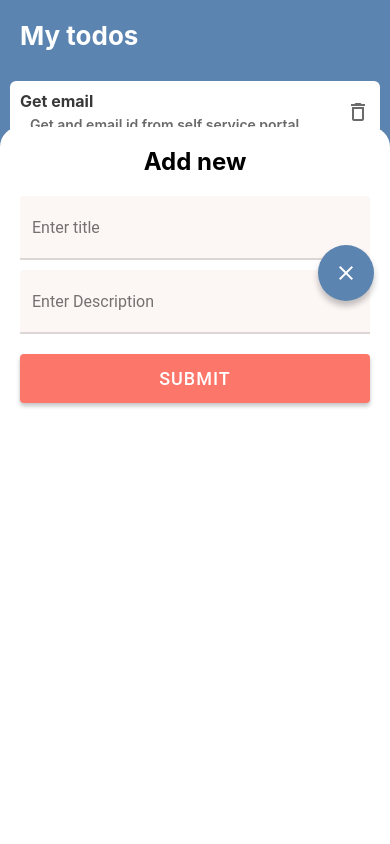
Repository: sadarsh216/Todo-App
Page: /, after clicking the first element matching `button.css-view-175oi2r`
The author's editor kept a copy of each file at every save. The page is drawn from the files as they stood at one save, then again after the next save.
The browser window is 390 px wide. The pictures show the whole page.
The app was drawn by React Native's web renderer in a window 390 px wide. The project was rebuilt for these pictures with package versions that can differ from the ones it lists, and the page was loaded fresh each time.

Above is the page before, as saved 2021-10-09 14:56:58.

### App.tsx
import { StatusBar } from "expo-status-bar";
import React, { useRef } from "react";
import {
  SafeAreaView,
  ScrollView,
  StyleSheet,
  Text,
  TouchableWithoutFeedback,
  View,
  Animated,
  Easing,
} from "react-native";
import Todos from "./Pages/Todos";
import { FAB } from "react-native-paper";
import Modal from "./components/Modal";
import * as Animatable from "react-native-animatable";
import { COLORS } from "./theme/Colors";

export default function App() {
  const [showAdd, setAdd] = React.useState(false);

  return (
    <>
      <SafeAreaView>
        <View style={styles.container}>
          <ScrollView>
            <Text style={styles.heading}>My todos</Text>
            <Todos />
          </ScrollView>
          {showAdd && (
            <Animatable.View style={styles.modal} animation="fadeInUpBig">
              <TouchableWithoutFeedback onPress={() => alert("")}>
                <Modal />
              </TouchableWithoutFeedback>
            </Animatable.View>
          )}
        </View>
        <FAB
          style={{
            ...styles.fab,
            backgroundColor: showAdd ? COLORS.primary : COLORS.accent,
          }}
          icon={showAdd ? "close" : "plus"}
          onPress={() => setAdd(!showAdd)}
        />
      </SafeAreaView>
    </>
  );
}

const styles = StyleSheet.create({
  container: {
    height: "100%",
    backgroundColor: COLORS.primary,
  },
  heading: {
    color: "white",
    fontSize: 26,
    fontWeight: "bold",
    margin: 20,
  },
  fab: {
    color: "#fff",
    position: "absolute",
    margin: 16,
    right: 0,
    bottom: 0,
  },
  modal: {
    position: "absolute",
    bottom: 0,
    height: "60%",
    width: "100%",
    display: "flex",
    backgroundColor: "white",
    borderTopRightRadius: 20,
    borderTopLeftRadius: 20,
    elevation: 4,
    padding: 10,
  },
});

### Pages/Todos.tsx
import React from "react";
import { View, Text, StyleSheet, TouchableOpacity } from "react-native";
import { MaterialCommunityIcons } from "@expo/vector-icons";

export default function Todos() {
  const [todos, setTodos] = React.useState([
    {
      title: "Get email",
      description: "Get and email id from self service portal",
      id: 0,
    },
    { title: "Test 1", description: "this is a test data for test 1", id: 1 },
    { title: "Test 2", description: "this is a test data for test 2 ", id: 2 },
  ]);
  const deleteTodo = () => {
    alert("deleted");
  };
  return (
    <>
      {todos.map((item, key) => (
        <View key={item.id} style={styles.card}>
          <View style={styles.details}>
            <Text style={styles.title}>{item.title}</Text>
            <Text style={styles.desc}>{item.description}</Text>
          </View>
          <View style={styles.deleteSection}>
            <TouchableOpacity onPress={deleteTodo}>
              <MaterialCommunityIcons
                name="delete-outline"
                size={24}
                color="#6a6a6a"
              />
            </TouchableOpacity>
          </View>
        </View>
      ))}
    </>
  );
}

const styles = StyleSheet.create({
  card: {
    display: "flex",
    flexDirection: "row",
    backgroundColor: "#fff",
    margin: 10,
    borderRadius: 6,
    elevation: 4,
    padding: 10,
  },
  title: {
    fontSize: 16,
    marginBottom: 5,
    fontWeight: "bold",
    color: "#383838",
  },
  desc: {
    paddingHorizontal: 10,
    fontWeight: "600",
    color: "#6a6a6a",
  },
  details: {
    flex: 2,
  },
  deleteSection: {
    justifyContent: "center",
  },
});

### components/Modal.tsx
import { Formik } from "formik";
import React from "react";
import { View, Text, StyleSheet, TouchableWithoutFeedback } from "react-native";
import { Button, TextInput } from "react-native-paper";
import { COLORS } from "../theme/Colors";

export default function Modal() {
  return (
    <View>
      <Text style={styles.heading}>Add new</Text>
      <Formik
        initialValues={{ title: "", description: "", id: "" }}
        onSubmit={(values) => {
          // submit function
        }}
      >
        {(props) => (
          <View style={styles.formContainer}>
            <TextInput
              style={styles.input}
              placeholder="Enter title"
              onChangeText={props.handleChange("title")}
              value={props.values.title}
            />
            <TextInput
              style={styles.input}
              outlineColor={COLORS.primary}
              placeholder="Enter Description"
              onChangeText={props.handleChange("title")}
              value={props.values.title}
            />
            <Button style={styles.submitBtn} color="white">
              <Text style={{ fontSize: 18 }}>Submit</Text>
            </Button>
          </View>
        )}
      </Formik>
    </View>
  );
}

const styles = StyleSheet.create({
  heading: {
    textAlign: "center",
    fontWeight: "bold",
    fontSize: 24,
    margin: 10,
  },
  formContainer: {
    padding: 10,
    justifyContent: "space-around",
  },
  input: {
    backgroundColor: COLORS.accent,
    marginBottom: 10,
  },
  submitBtn: {
    marginTop: 10,
    paddingVertical: 5,
    backgroundColor: COLORS.secondary,
    elevation: 4,
  },
});

### theme/Colors.tsx
export const COLORS = {
  primary: "#5B84B1FF",
  primaryText: "#000000FF",
  text: "#6a6a6a",
  secondary: "#FC766AFF",
  accent: "#FCF6F5FF",
};

After the next save:
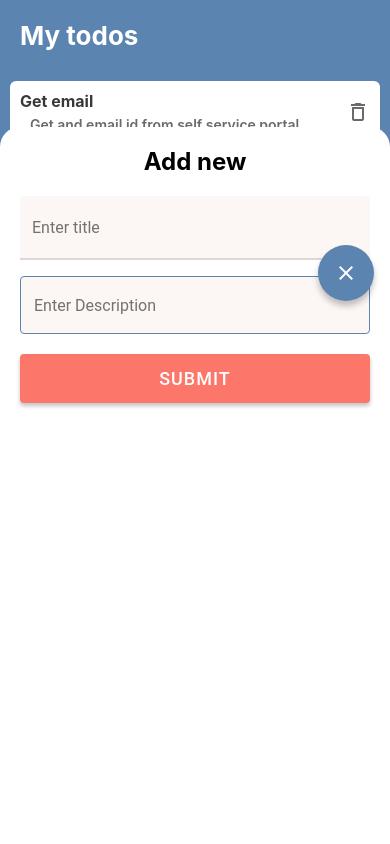
Saved 78 s later.
--- a/components/Modal.tsx
+++ b/components/Modal.tsx
@@ -28,6 +28,7 @@ export default function Modal() {
               placeholder="Enter Description"
               onChangeText={props.handleChange("title")}
               value={props.values.title}
+              mode="outlined"
             />
             <Button style={styles.submitBtn} color="white">
               <Text style={{ fontSize: 18 }}>Submit</Text>
